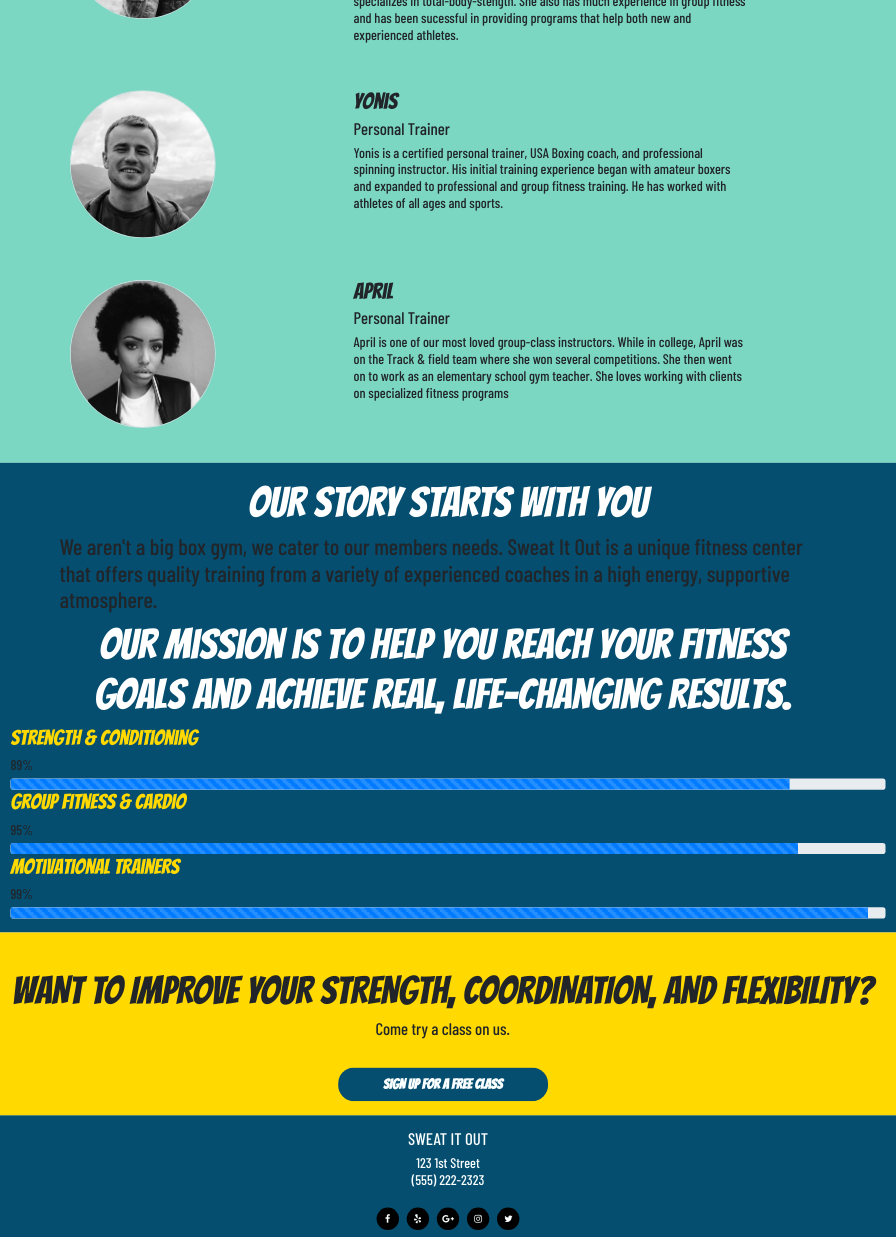
Repository: amybru/sweatitout
Page: about.html
The author's editor kept a record of every edit. The page is drawn from the files as they stood at one moment, then again after the next edit.
The browser window is 1280 px wide. The pictures show the part of the page from y = 1203 to 3123 px (the page is 2986 px tall before and 3123 px after), at 70% of full size.
Some web fonts or font styles are not loaded; a fallback is used. Some web libraries are served in a nearby version.

Above is the page before.

After the next edit:
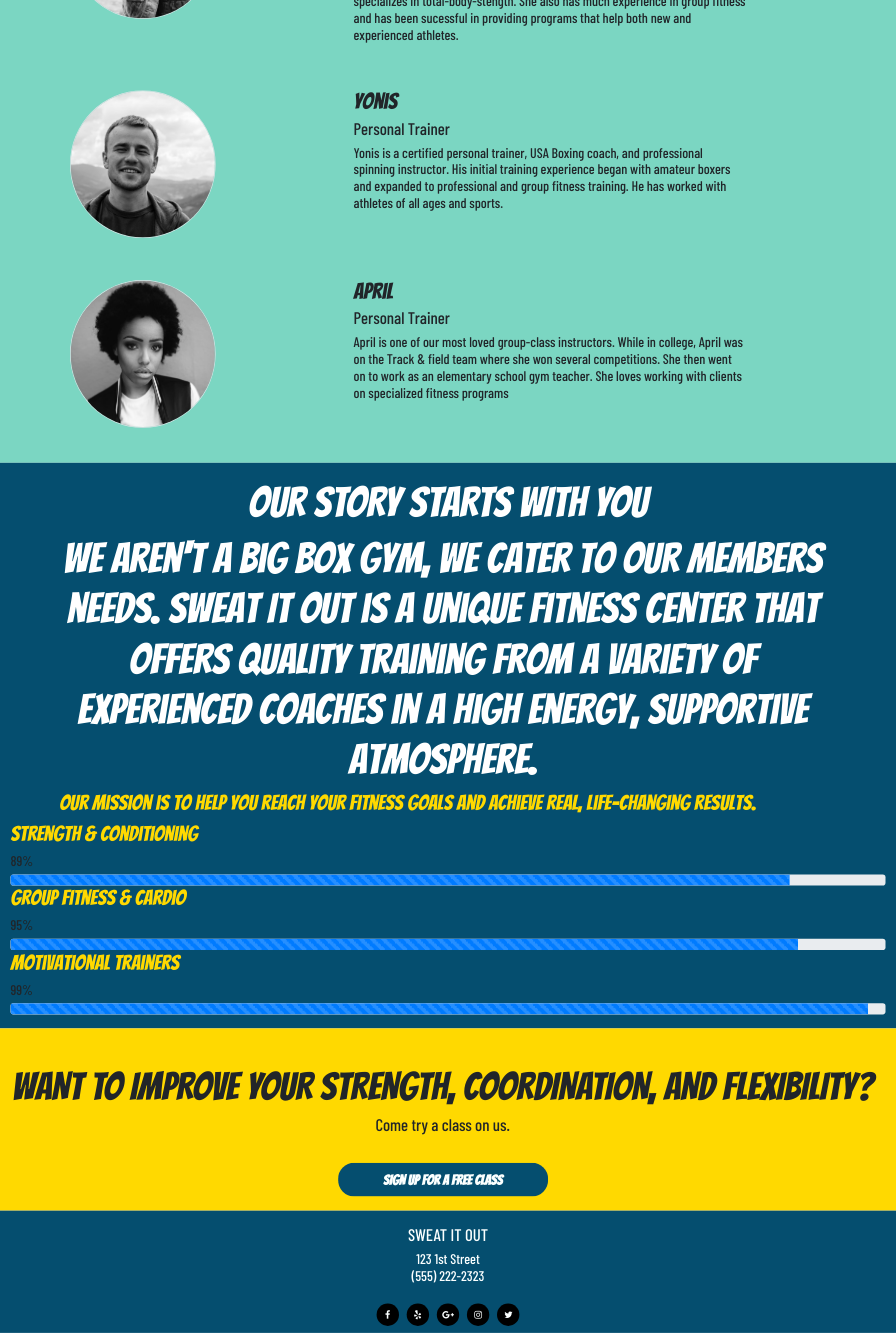
The edit:
--- a/about.html
+++ b/about.html
@@ -137,8 +137,8 @@
             <div class="container">
                <div class="row">
                   <div class="col-12">
-                     <h2>We aren't a big box gym, we cater to our members needs. Sweat It Out is a unique fitness center that offers quality training from a variety of experienced coaches in a high energy, supportive atmosphere.</h2>
-                     <h3>Our mission is to help you reach your fitness goals and achieve real, life-changing results.</h3>
+                     <h3>We aren't a big box gym, we cater to our members needs. Sweat It Out is a unique fitness center that offers quality training from a variety of experienced coaches in a high energy, supportive atmosphere.</h3>
+                     <h4>Our mission is to help you reach your fitness goals and achieve real, life-changing results.</h4>
                   </div>
                </div>
             </div>
